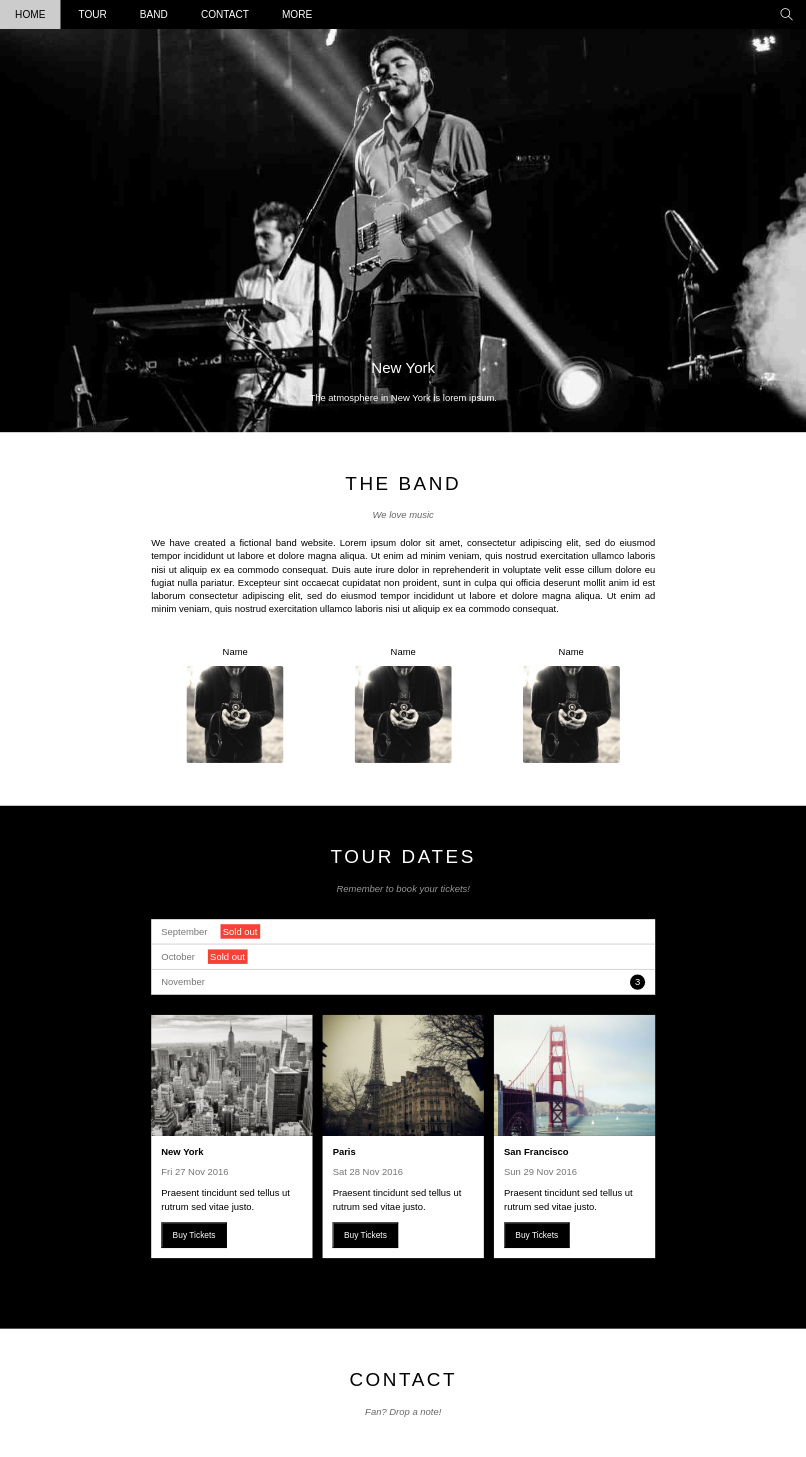
Repository: duyhung0311/band_music
Page: index.html
An editor plug-in stored every save of this project. The page is shown before and after the next save, followed by the edit.
The browser window is 1280 px wide. The pictures show the whole page, at 63% of full size.

Above is the page before, as saved 2021-08-15 11:42:59.

### index.html
<!DOCTYPE html>
<html lang="en">
  <head>
    <meta charset="UTF-8" />
    <meta http-equiv="X-UA-Compatible" content="IE=edge" />
    <meta name="viewport" content="width=device-width, initial-scale=1.0" />
    <title>Document</title>
    <link rel="stylesheet" href="assets/css/style.css" />
    <link
      rel="stylesheet"
      href="./assets/fonts/themify-icons/themify-icons.css"
    />
  </head>
  <body>
    <div id="main">
      <div id="header">
        <!--#ul>li*5>a  -->
        <!-- Begin : Nav -->
        <ul id="nav">
          <li><a href="">Home</a></li>
          <li><a href="">Tour</a></li>
          <li><a href="">Band</a></li>
          <li><a href="">Contact</a></li>
          <li>
            <a href="">
              More
              <i class="nav-arrow-down ti-angle-dow"></i>
            </a>
            <ul class="subnav">
              <li><a href="">Merchandise</a></li>
              <li><a href="">Extras</a></li>
              <li><a href="">Media</a></li>
            </ul>
          </li>
        </ul>
        <!-- End : Nav -->

        <!-- Begin :Search button -->
        <div class="search-btn">
          <i class="search-icon ti-search"></i>
        </div>
        <!-- End :Search button -->
      </div>

      <div id="slider">
        <div class="text-content">
          <h2 class="text-heading">New York</h2>
          <div class="text-description">
            The atmosphere in New York is lorem ipsum.
          </div>
        </div>
      </div>

      <div id="content">
        <!-- About section -->
        <div class="content-section">
          <h2 class="section-heading">THE BAND</h2>
          <p class="section-sub-heading">We love music</p>
          <p class="about-content">
            We have created a fictional band website. Lorem ipsum dolor sit
            amet, consectetur adipiscing elit, sed do eiusmod tempor incididunt
            ut labore et dolore magna aliqua. Ut enim ad minim veniam, quis
            nostrud exercitation ullamco laboris nisi ut aliquip ex ea commodo
            consequat. Duis aute irure dolor in reprehenderit in voluptate velit
            esse cillum dolore eu fugiat nulla pariatur. Excepteur sint occaecat
            cupidatat non proident, sunt in culpa qui officia deserunt mollit
            anim id est laborum consectetur adipiscing elit, sed do eiusmod
            tempor incididunt ut labore et dolore magna aliqua. Ut enim ad minim
            veniam, quis nostrud exercitation ullamco laboris nisi ut aliquip ex
            ea commodo consequat.
          </p>

          <div class="members-list">
            <div class="member-item">
              <p class="member-name">Name</p>
              <img
                src="./assets/img/ban/member1.jpg"
                alt=""
                class="member-avatar"
              />
            </div>

            <div class="member-item">
              <p class="member-name">Name</p>
              <img
                src="./assets/img/ban/member1.jpg"
                alt=""
                class="member-avatar"
              />
            </div>

            <div class="member-item">
              <p class="member-name">Name</p>
              <img
                src="./assets/img/ban/member1.jpg"
                alt=""
                class="member-avatar"
              />
            </div>

            <div class="clear"></div>
          </div>
        </div>

        <!-- Tour section -->
        <div class="tour-section">
          <div class="content-section">
            <h2 class="section-heading text-white">TOUR DATES</h2>
            <p class="section-sub-heading text-white">
              Remember to book your tickets!
            </p>

            <!-- Ticket list -->
            <ul class="ticket-list">
              <li>September <span class="sold-out">Sold out</span></li>
              <li>October <span class="sold-out">Sold out</span></li>
              <li>November <span class="quantity">3</span></li>
            </ul>

            <!-- Place list -->
            <div class="row places-list">
              <div class="place-item">
                <img
                  src="./assets//img/place/place1.jpg"
                  alt="New York"
                  class="place-img"
                />
                <div class="place-body">
                  <h3 class="place-heading">New York</h3>
                  <p class="place-time">Fri 27 Nov 2016</p>
                  <p class="place-description">
                    Praesent tincidunt sed tellus ut rutrum sed vitae justo.
                  </p>
                  <button class="place-buy-btn js-buy-ticket">
                    Buy Tickets
                  </button>
                </div>
              </div>

              <div class="place-item">
                <img
                  src="./assets//img/place/place2.jpg"
                  alt="Paris"
                  class="place-img"
                />
                <div class="place-body">
                  <h3 class="place-heading">Paris</h3>
                  <p class="place-time">Sat 28 Nov 2016</p>
                  <p class="place-description">
                    Praesent tincidunt sed tellus ut rutrum sed vitae justo.
                  </p>
                  <button class="place-buy-btn js-buy-ticket">
                    Buy Tickets
                  </button>
                </div>
              </div>
              <div class="place-item">
                <img
                  src="./assets//img/place/place3.jpg"
                  alt="San Francisco"
                  class="place-img"
                />
                <div class="place-body">
                  <h3 class="place-heading">San Francisco</h3>
                  <p class="place-time">Sun 29 Nov 2016</p>
                  <p class="place-description">
                    Praesent tincidunt sed tellus ut rutrum sed vitae justo.
                  </p>
                  <button class="place-buy-btn js-buy-ticket">
                    Buy Tickets
                  </button>
                </div>
              </div>
              <div class="clear"></div>
            </div>
          </div>
        </div>

        <!-- Tour section -->
        <div class="content-section">
          <h2 class="section-heading">CONTACT</h2>
          <p class="section-sub-heading">Fan? Drop a note!</p>
        </div>
      </div>

      <div id="footer"></div>
    </div>
    <div class="modal js-modal">
      <div class="modal-container js-modal-container">
        <div class="modal-close js-modal-close">
          <i class="ti-close"></i>
        </div>
        <header class="modal-header">
          <i class="modal-heading-icon ti-bag"></i>
          Tickets
        </header>
        <div class="modal-body">
          <label for="ticket-quantity" class="modal-label">
            <i class="ti-shopping-cart"></i>
            Tickets, $15 per person
          </label>
          <input
            id="quantity"
            type="text"
            placeholder="How many?"
            class="modal-input"
          />

          <label for="email" class="modal-label">
            <i class="ti-user"></i>
            Send To
          </label>
          <input
            id="email"
            type="text"
            placeholder="Email"
            class="modal-input"
          />
          <button id="buy-tickets">Pay <i class="ti-check"></i></button>
        </div>
        <footer class="modal-footer">
          <p class="modal-help">Need <a href="">help?</a></p>
        </footer>
      </div>
    </div>
    <script>
      const buyBtns = document.querySelectorAll(".js-buy-ticket");
      const modal = document.querySelector(".modal");
      const modalClose = document.querySelector(".js-modal-close");
      const modalContainer = document.querySelector(".js-modal-container");
      // Hàm hiển thị modal
      function showBuyTickets() {
        modal.classList.add("open");
      }
      // Hàm ẩn đi modal mua vé
      function showCloseTickets() {
        modal.classList.remove("open");
      }
      for (const buyBtn of buyBtns) {
        buyBtn.addEventListener("click", showBuyTickets);
      }
      modalClose.addEventListener("click", showCloseTickets);
      modal.addEventListener("click", showCloseTickets);
      modalContainer.addEventListener("click", function (event) {
        event.stopPropagation();
      });
    </script>
  </body>
</html>

### assets/css/style.css
/*Reset CSS*/
* {
  padding: 0;
  margin: 0;
  box-sizing: border-box;
}
html {
  font-family: Arial, Helvetica, sans-serif;
}
/*
    1. Từ ngoài vào trong
    2. Từ trên xuống dưới
    3. Từ tổng quan đến chi tiết
*/
/*
    1. Vị trí
    2. Kích thước (width height)
    3. Màu sắc
    4. Kiểu dáng (kiểu chữ, hình tròn, vuông, ....)
*/
.clear{
    clear: both;
}

.text-white {
    color: #fff !important;
}

#main {
}
#header {
  position: fixed;
  top: 0;
  left: 0;
  right: 0;
  z-index: 1;
  height: 46px;
  background-color: #000;
}

#nav {
  display: inline-block;
}

/* cách bỏ dấu chấm đầu dòng của thằng ul */
#nav,
.subnav {
  list-style-type: none;
}

#nav > li {
  display: inline-block;
}
#nav li {
  /* inline là trên 1 hàng block giữ lại kích thước khối */
  position: relative;
}

#nav > li > a {
  color: #fff;
  text-transform: uppercase;
}

#nav li a {
  text-decoration: none;
  line-height: 46px;
  padding: 0 24px;
  display: block;
  /* inline k tính chiều cao và chiều rộng được */
}

#nav li:hover .subnav {
  display: block;
}

#nav > li:hover > a,
#nav .subnav li:hover a {
  color: #000;
  background-color: #ccc;
}

#nav .subnav {
  display: none;
  min-width: 160px;
  position: absolute;
  top: 100%;
  /* top = 100% là nó lấy chính chiều cao
    100% của chính nó */
  left: 0;
  background-color: #fff;
  box-shadow: 0 0 10px rgba(0, 0, 0, 0.3);
}

#nav .subnav a {
  color: #000;
  padding: 0 12px;
  line-height: 38px;
}

#nav .nav-arrow-down {
  font-size: 14px;
}

#header .search-btn {
  float: right;
  padding: 0 21px;
  cursor: pointer;
}

#header .search-btn:hover {
  background-color: #f44336;
}

#header .search-icon {
  color: #fff;
  font-size: 20px;
  line-height: 46px;
}

#slider {
    position: relative;
    margin-top: 46px;
    padding-top: 50%;
    background:url('./../img/slider/slider1.jpg') top center / cover no-repeat;
}
#slider .text-content   {
    position: absolute;
    bottom: 46px;
    left: 50%;
    color: #fff;
    transform: translateX(-50%);
    text-align: center;
}

#slider .text-heading   {
    font-weight: 500;
    font-size: 24px;
}

#slider .text-description   {
    font-size: 15px;
    margin-top: 25px;
}

#content {

}

#content .content-section{
    width: 800px;
    margin: 0 auto;
    padding: 64px 0;
}

#content .section-heading {
    font-size: 30px;
    font-weight: 500;
    letter-spacing: 4px;
}

#content .section-sub-heading,
#content .about-content {
    margin-top: 25px;
    font-size: 15px;
}

#content .section-heading,
#content .section-sub-heading {
    text-align: center;
}

#content .section-sub-heading {
    font-style: italic;
    opacity: 0.6;
}

#content .about-content {
    text-align: justify;
    line-height: 1.4;
}

#content .members-list {
    margin-top: 48px;
    /* overflow: hidden; */
}

#content .member-item {
    float: left;
    width: calc(100% / 3);
    text-align: center;
}

#content .member-name {
    font-size: 15px;
}

#content .member-avatar {
    width: 154px;
    margin-top:15px;
    border-radius: 4px;
}
/* Tour section */
.tour-section {
    background: #000;
}

.ticket-list li {
    color: #757575;
    font-size: 15px;
    padding: 11px 16px;
    border-bottom: 1px solid #bbb;
    list-style-type: none;
}

.ticket-list {
    background:#fff;
    margin-top: 40px;
}


.ticket-list .sold-out {
    color: #fff;
    background: #f44336;
    padding: 3px 4px;
    margin-left: 16px;
}

.ticket-list .quantity {
    float: right;
    margin-top: -3px;
    width: 24px;
    height: 24px;
    background:#000;
    color: #fff;
    border-radius: 50%;
    text-align: center;
    line-height: 24px;
}
.places-list{
    margin: 32px -8px 0px;
    padding-bottom: 48px;
}

.places-list .place-item{
    float: left;
    padding: 0 8px;
    width: calc(100%/3);
}
.places-list .place-img{
    width: 100%;
    display: block;
}
.places-list .place-img:hover{
    opacity: 0.6;
}
.places-list .place-body{
    padding: 16px;
    background-color: #fff;
    font-size: 15px;
}
.place-body .place-heading{
    font-size: 15px;
    font-weight:600;
}
.place-body .place-time{
    margin-top: 15px;
    color: #757575;
}
.place-body .place-description{
    margin-top: 15px;
    line-height: 1.4;
}
.place-body .place-buy-btn{
    color: #fff;
    background :#000;
    text-decoration: none;
    padding:11px 16px;
    display: inline-block;
    margin-top: 15px;
}
.place-body .place-buy-btn:hover{
    color: #000;
    background: #ccc;
}
/* Footer section */
#footer {
}
.modal{
    position: fixed;
    top: 0;
    bottom: 0;
    left: 0;
    right: 0;
    background: rgba(0,0,0,0.3);
    display: none;
    align-items: center;
    justify-content: center;
}
.modal.open {
    display: flex;
}
.modal .modal-container {
    background: #fff;
    width: 900px;
    min-height: 200px;
    max-width: calc(100% - 32px);
    animation: modalFadeIn ease-in .5s;
}
.modal .modal-header{
    background: #009688;
    height: 130px;
    display: flex;
    align-items: center;
    justify-content: center;
    font-size: 30px;
    color: #fff;
}
.modal-header .modal-heading-icon {
    margin-right: 16px;
}
.modal .modal-container {
    position: relative;
}
.modal-container .modal-close {
    position: absolute;
    top: 0;
    right: 0;
    padding: 12px;
    cursor: pointer;
    opacity: 0.9;
}
.modal-container .modal-close:hover {
    opacity: 1;
}
.modal-container .modal-body {
    padding: 16px;
}
.modal-body .modal-label {
    display: block;
    font-size: 15px;
    margin-bottom: 12px;
}
.modal-body .modal-input {
    border:1px solid #ccc;
    width: 100%;
    padding: 10px;
    font-size: 15px;
    margin-bottom: 24px;
}
.modal-body #buy-tickets{
      background: #009688;
      border: none;
      color:#fff;
      width: 100%;
      text-transform: uppercase;
      padding:18px;
      cursor: pointer;
}
.modal-body #buy-tickets:hover {
    opacity: 0.9;
}
.modal-footer{
    padding: 16px;
    text-align: right;
}
.modal-footer a {
    color: #2196f3;
}
.row {
    margin-left: -8px;
    margin-right: -8px;
}
.col {
    padding-left: 8px;
    padding-right: 8px;
}
@keyframes modalFadeIn {
    from {
        transform: translateY(-140px);
        opacity: 0;
    }
    to {
        transform: translateY(0);
        opacity: 1;
    }
}

Loaded but not shown: assets/fonts/themify-icons/themify-icons.css (common file)

After the next save:
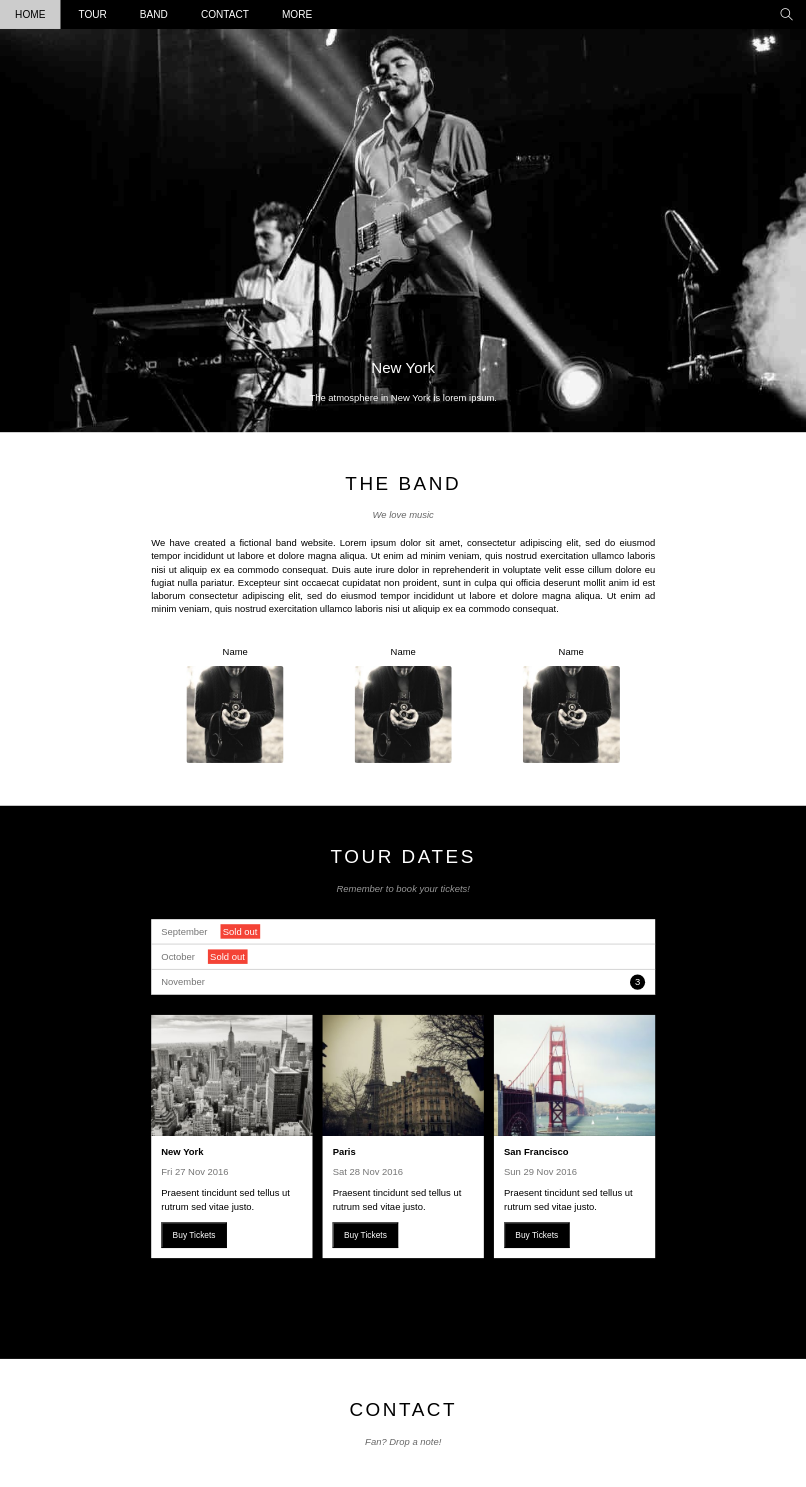
Saved 31 s later.
--- a/assets/css/style.css
+++ b/assets/css/style.css
@@ -237,7 +237,8 @@
     line-height: 24px;
 }
 .places-list{
-    margin: 32px -8px 0px;
+    margin-top: 32px;
+    margin-bottom: 48px;
     padding-bottom: 48px;
 }
 
